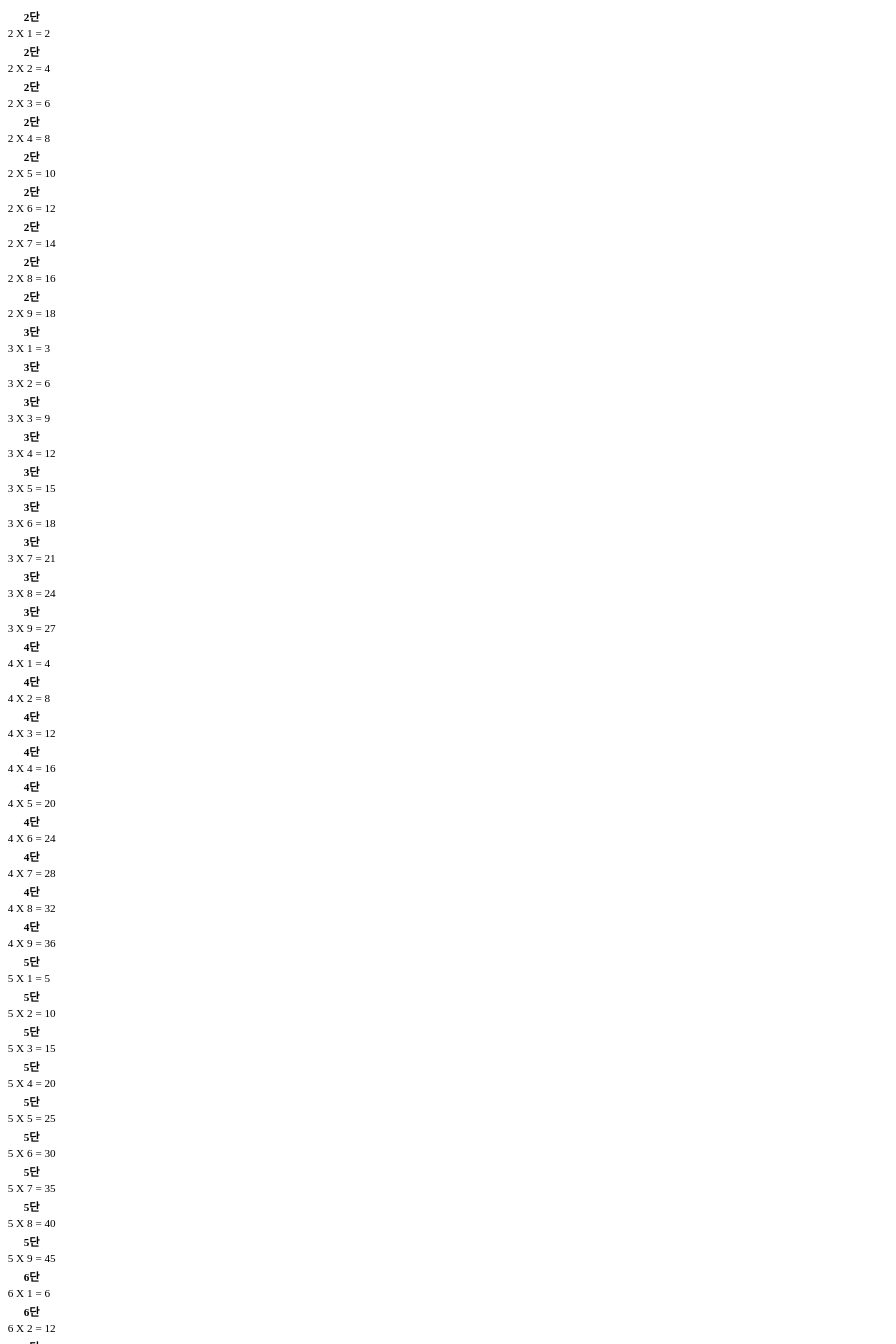
Repository: zodib0123/kdt_jsp
Page: http://localhost/MustHaveJSP/Mission/Gugudan1.jsp
An editor plug-in stored every save of this project. The page is shown before and after the next save, followed by the edit.
The browser window is 1280 px wide. The pictures show the part of the page from y = 0 to 1920 px (the page is 3618 px tall before and 1630 px after), at 70% of full size.
The page is served by Tomcat 10. Other server files are loaded and not shown.

Above is the page before, as saved 2025-09-22 08:09:06.

### MustHaveJSP/src/main/webapp/Mission/Gugudan1.jsp
<%@ page language="java" contentType="text/html; charset=UTF-8"
    pageEncoding="UTF-8"%>
<!DOCTYPE html>
<html>
<head>
<meta charset="UTF-8">
<title>Insert title here</title>
</head>
<body>
<%
// for (int i = 2; i < 10; i++) {
// 	out.println("<h1>" + i + "단 </h1>");
// 	for (int j = 1; j < 10; j++) {
// 		out.println("<p>" + i + " X " + j + " = " + j * i + "</p>");
// 	}
// }
%>
<%
// out.println("<table>");
// for (int i = 2; i < 10; i++) {
// 	out.println("<th>" + i + "단 </th>");
// 	for (int j = 1; j < 10; j++) {
// 		out.println("<tr><td>" + i + " X " + j + " = " + j * i + "</td></tr>");
// 	}
// }
// out.println("</table>");
%>
<table>
<%
for (int i = 2; i < 10; i++) {
	for (int j = 1; j < 10; j++) {
		out.println("<th>" + i + "단 </th>");
		out.println("<tr><td>" + i + " X " + j + " = " + j * i + "</td></tr>");
	}
}
%>
</table>
</body>
</html>

After the next save:
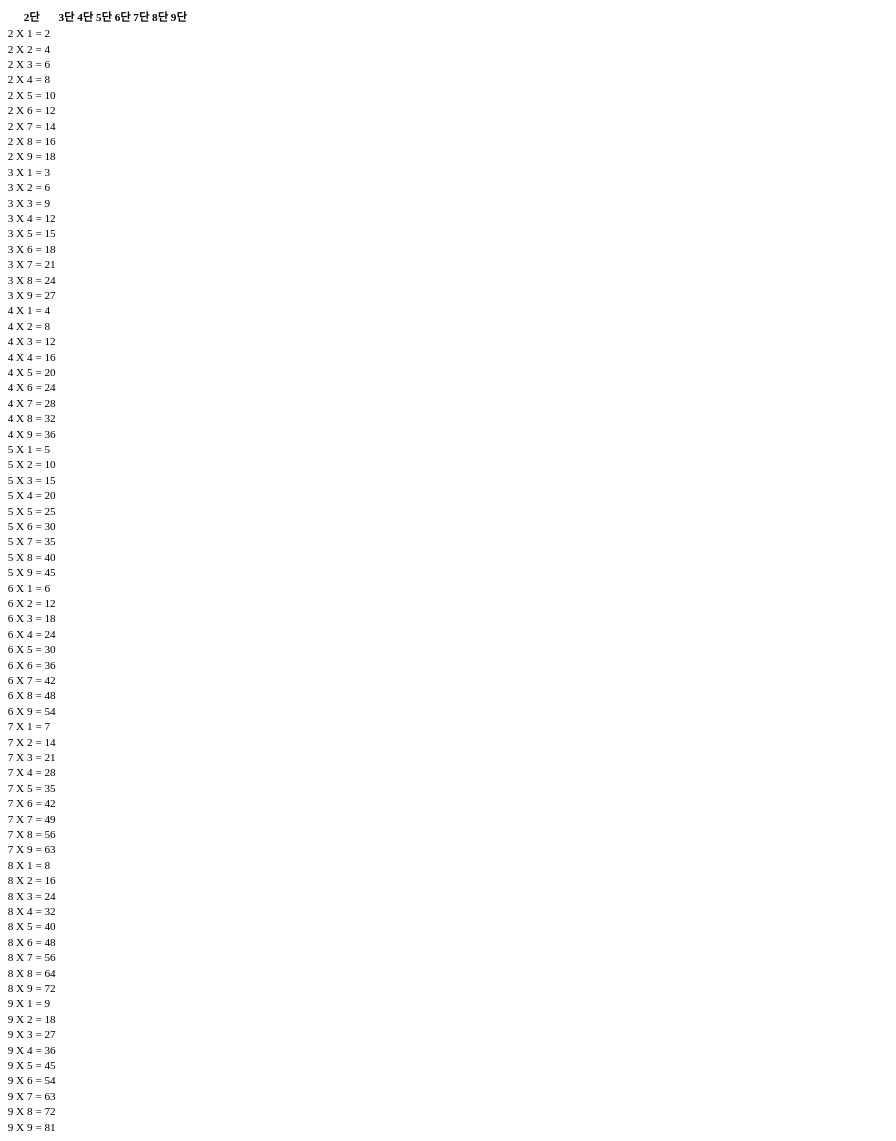
Saved 56 s later.
--- a/MustHaveJSP/src/main/webapp/Mission/Gugudan1.jsp
+++ b/MustHaveJSP/src/main/webapp/Mission/Gugudan1.jsp
@@ -28,8 +28,11 @@
 <table>
 <%
 for (int i = 2; i < 10; i++) {
+	out.println("<th>" + i + "단 </th>");
+}
+for (int i = 2; i < 10; i++) {
 	for (int j = 1; j < 10; j++) {
-		out.println("<th>" + i + "단 </th>");
+
 		out.println("<tr><td>" + i + " X " + j + " = " + j * i + "</td></tr>");
 	}
 }
